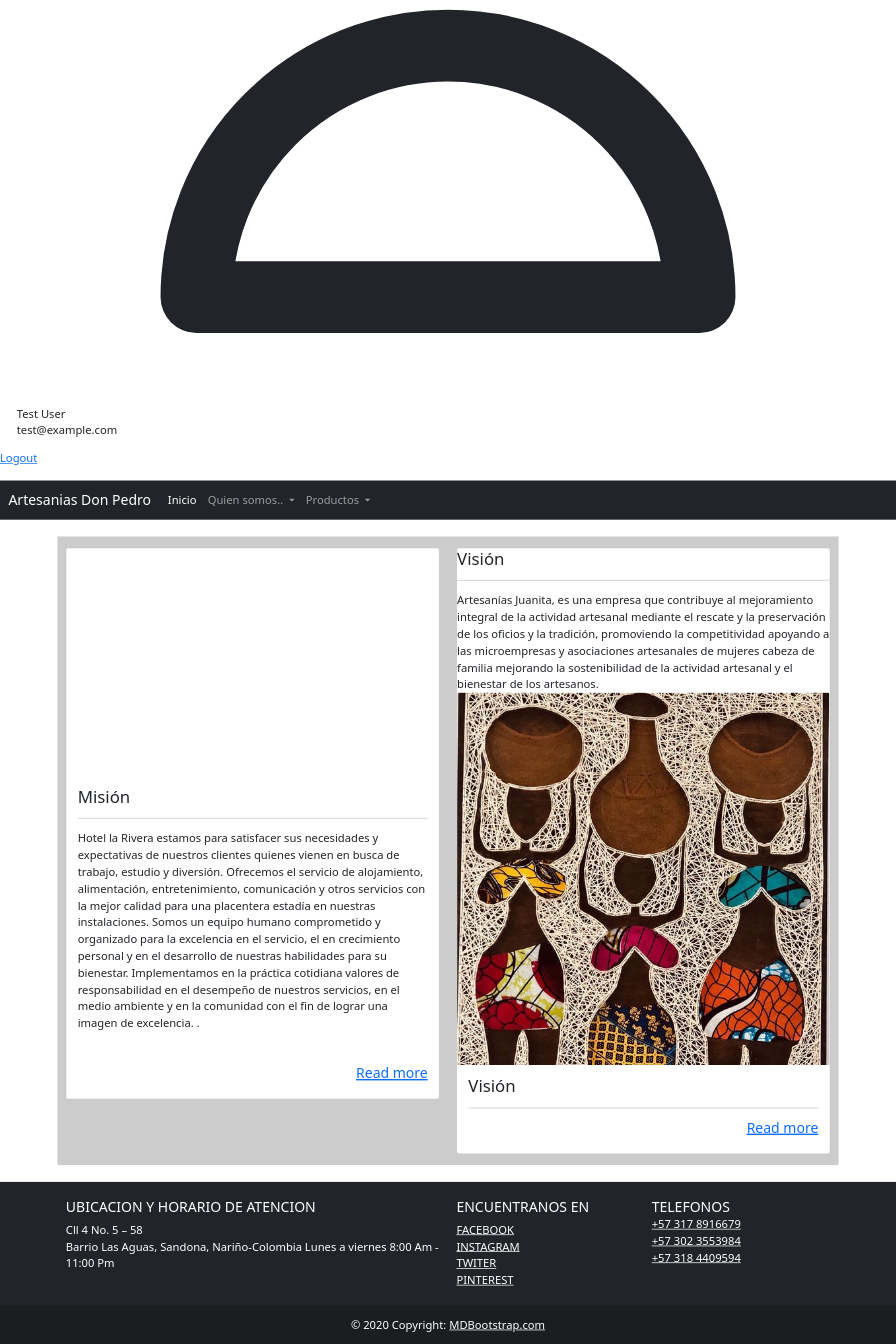
Repository: PG210/taller_artesania
Page: http://localhost/arte/mision
An editor plug-in stored every save of this project. The page is shown before and after the next save, followed by the edit.
The browser window is 1280 px wide. The pictures show the part of the page from y = 2149 to 4069 px (the page is 4069 px tall), at 70% of full size.
Pictures or frames that could not be fetched are drawn as grey boxes. The page is served by the project's Laravel application, run on PHP 8.4 with Laravel 8. A made-up administrator, Test User (test@example.com), is signed in.

Above is the page before, as saved 2021-01-14 15:30:33.

After the next save:
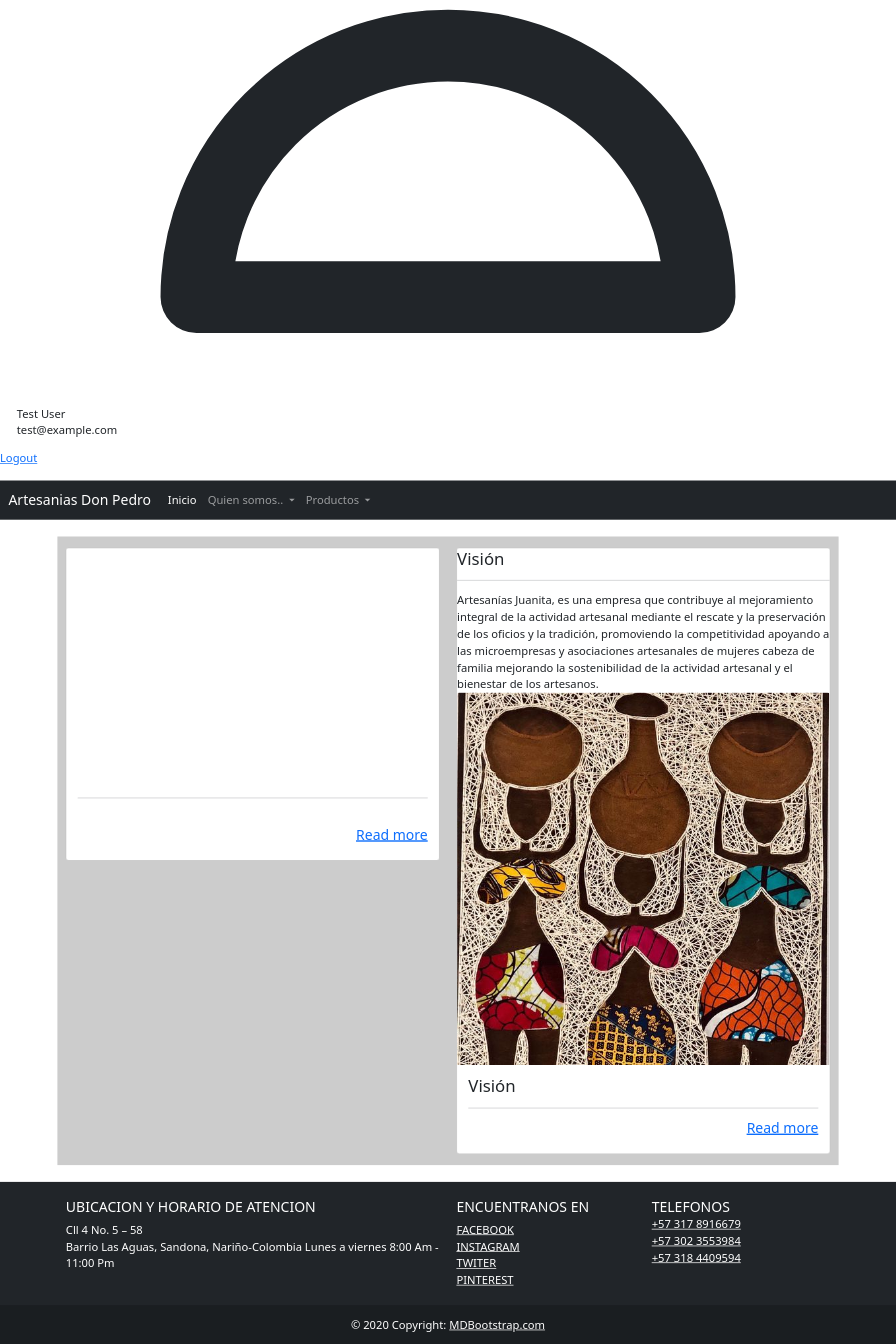
Saved 10 min 0 s later.
--- a/resources/views/arte/mision.blade.php
+++ b/resources/views/arte/mision.blade.php
@@ -34,16 +34,11 @@
             <!-- Social shares button -->
 
             <!-- Title -->
-            <h4 class="card-title">Misión</h4>
+
             <hr class="hr-light">
-            <!-- Text -->
-            <p class="card-text white-text mb-4">
 
 
-                Hotel la Rivera estamos para satisfacer sus necesidades  y expectativas de nuestros clientes quienes vienen en busca de trabajo, estudio y diversión. Ofrecemos el servicio de alojamiento, alimentación, entretenimiento, comunicación y otros servicios con la mejor calidad para una placentera estadía en nuestras instalaciones.
-                Somos un equipo humano comprometido y organizado para la excelencia en el servicio, el en crecimiento personal y en el desarrollo de nuestras habilidades para su bienestar.
-                 Implementamos  en la práctica cotidiana valores de responsabilidad en el desempeño de nuestros  servicios, en el medio ambiente y en la comunidad con el fin de lograr una imagen de excelencia.
-                 .</p>
+
                  <br>
             <!-- Link -->
             <a href="#!" class="white-text d-flex justify-content-end">
